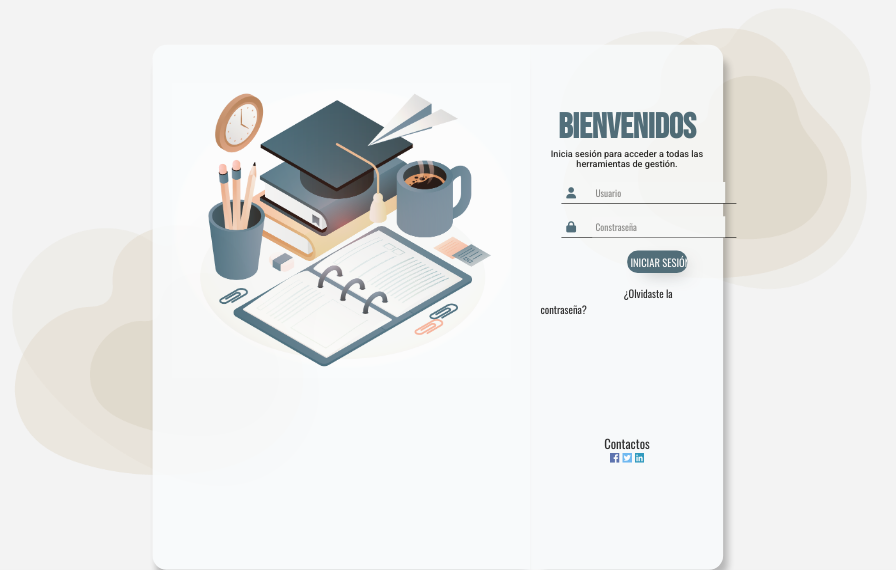
Repository: AlejandraBarrachina23/TPIntegrador_Barrachina_Java
Page: http://localhost/Alejandra_Barrachina_TP_Integrador1/login.jsp
The author's editor kept a copy of each file at every save. The page is drawn from the files as they stood at one save, then again after the next save.
The browser window is 1280 px wide. The pictures show the part of the page from y = 0 to 1920 px (the page is 814 px tall before and 4020 px after), at 70% of full size.
Some web fonts or font styles are not loaded; a fallback is used. Some web libraries are served in a nearby version. The page is served by Tomcat 9. Nobody is signed in. The application's start-up code is not run.

Above is the page before, as saved 2019-12-16 01:25:59.

After the next save:
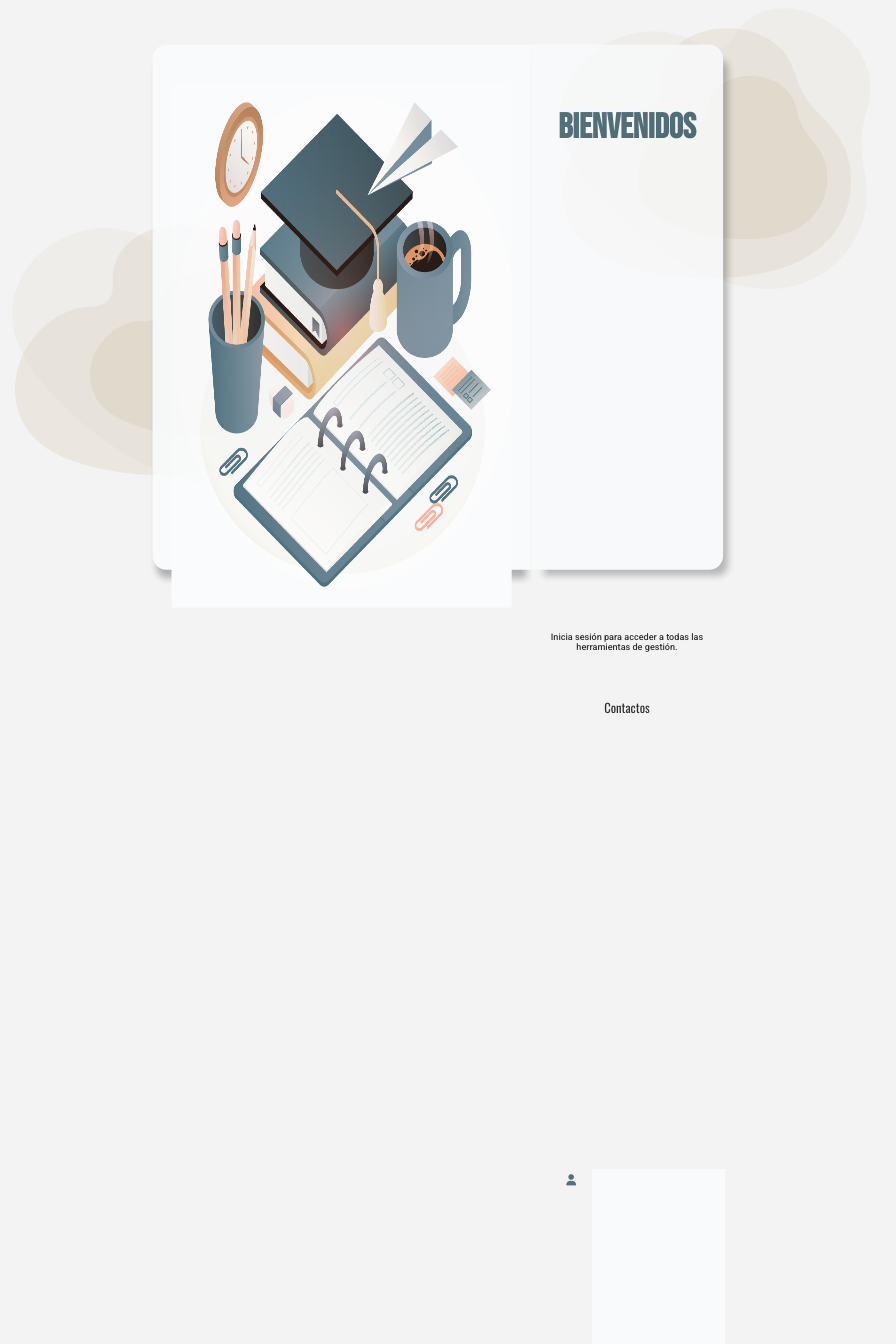
Saved 42 s later.
--- a/Alejandra_Barrachina_TP_Integrador1/WebContent/estilos.css
+++ b/Alejandra_Barrachina_TP_Integrador1/WebContent/estilos.css
@@ -5,6 +5,7 @@
 	padding:0px;
 	margin:0px;
 	border:0px;
+	height:100%;
 }
 
 body {
@@ -17,8 +18,9 @@ body {
 }
 
 html,body{
+
 margin:0px;
-height:100%;
+
 }
 
 
